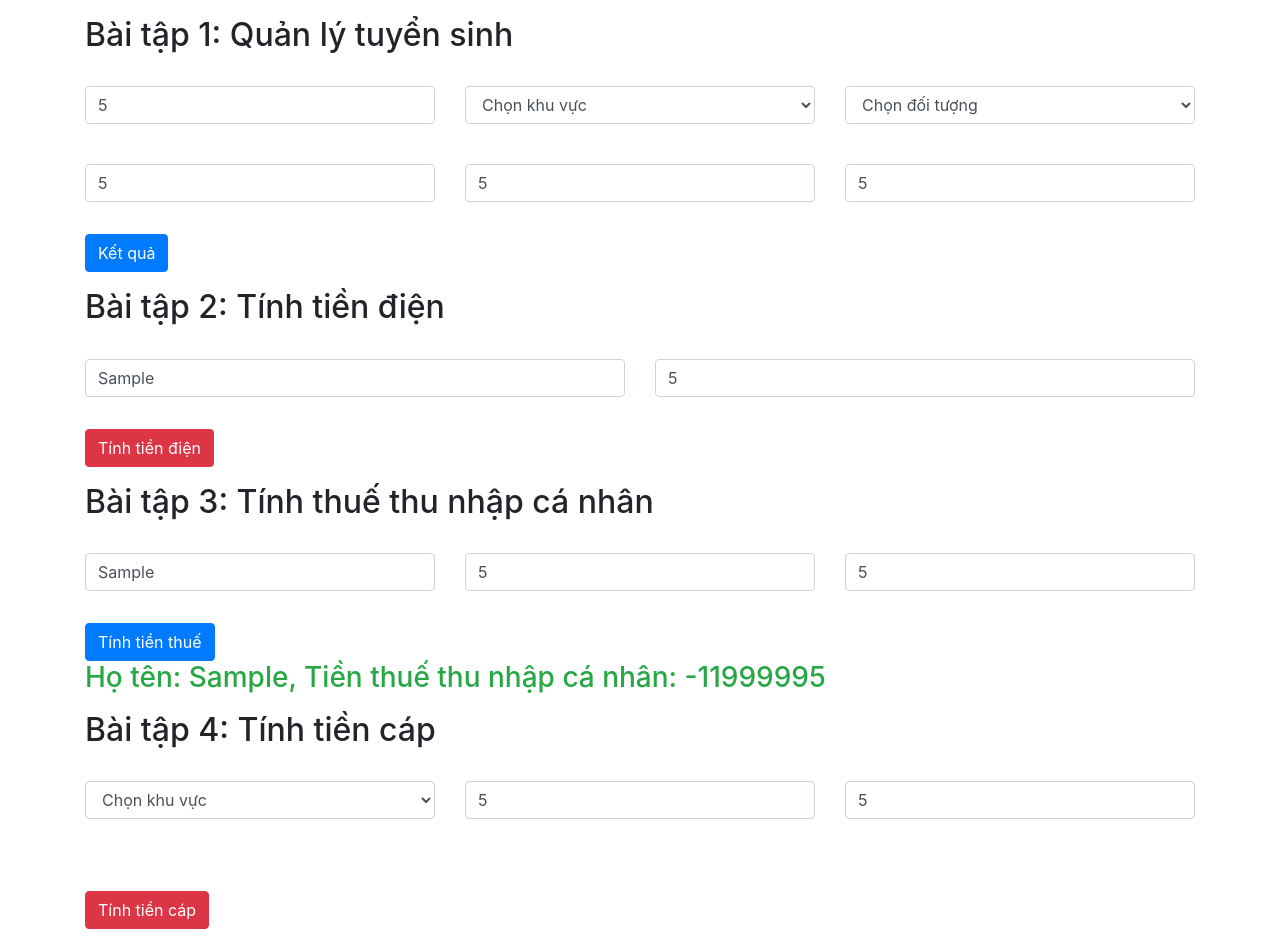
Repository: thanhfrankie/BC10-LeMinhThanh-Js-b5
Page: index.html
The author's editor kept a copy of each file at every save. The page is drawn from the files as they stood at one save, then again after a run of saves.
The browser window is 1280 px wide. The pictures show the whole page.
Empty fields were first filled with sample values (such as "Sample", 5 or name@example.com).
After loading, the first visible `button[onclick="tinhTienThue()"]` was clicked once.

Above is the page before, as saved 2023-12-24 22:03:06.

After the next 2 saves:
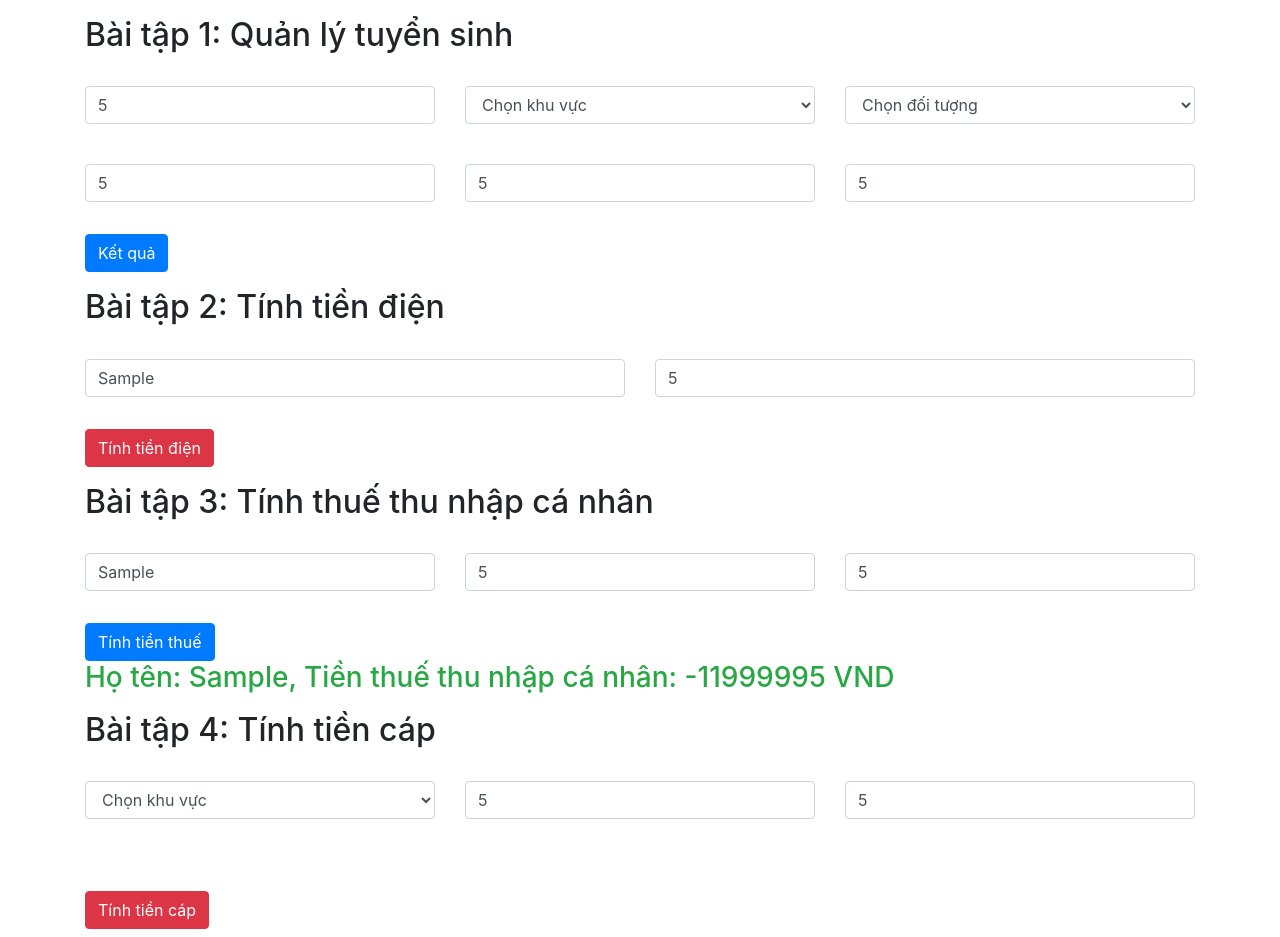
The 2 saves are shown as one change because they came seconds apart.
The last was saved 14 s later.
--- a/index.js
+++ b/index.js
@@ -177,7 +177,7 @@ function tinhTienThue() {
   var tienThuNhapCaNhan = 0
   if (thuNhapNam < 60) {
     tienThuNhapCaNhan = thuNhapNam - 4e+6 - soNguoiPhuThuoc * 1.6e+6
-    return thuNhapChiuThue.innerHTML= `Họ tên: ${hoTen}, Tiền thuế thu nhập cá nhân: ${tienThuNhapCaNhan} `
+    return thuNhapChiuThue.innerHTML= `Họ tên: ${hoTen}, Tiền thuế thu nhập cá nhân: ${tienThuNhapCaNhan} VND `
   }
 }
 
